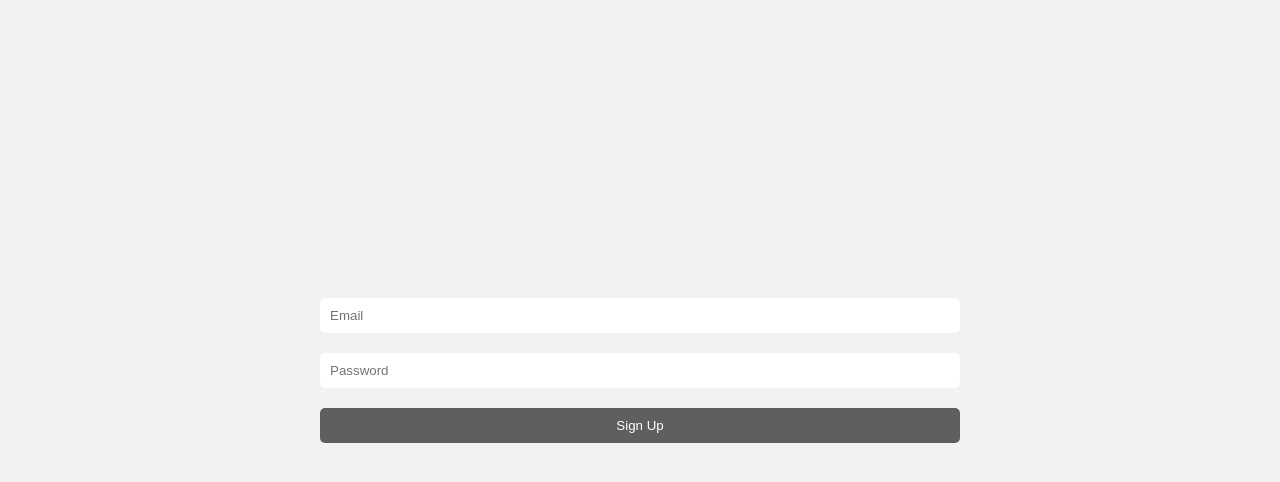
Repository: jegramin/node-auth-frontend
Page: /signup
The author's editor kept a copy of each file at every save. The page is drawn from the files as they stood at one save, then again after the next save.
The browser window is 1280 px wide. The pictures show the whole page.
The project was rebuilt for these pictures with package versions that can differ from the ones it lists, and the page was loaded fresh each time. Also part of the build but not shown: src/components/blog/blog.js, src/components/blog/Blogs.js, src/components/blog/blogDetail.js, src/components/blog/blogCreate.js, src/components/authentication/login.js.

Above is the page before, as saved 2020-11-11 14:08:03.

After the next save:
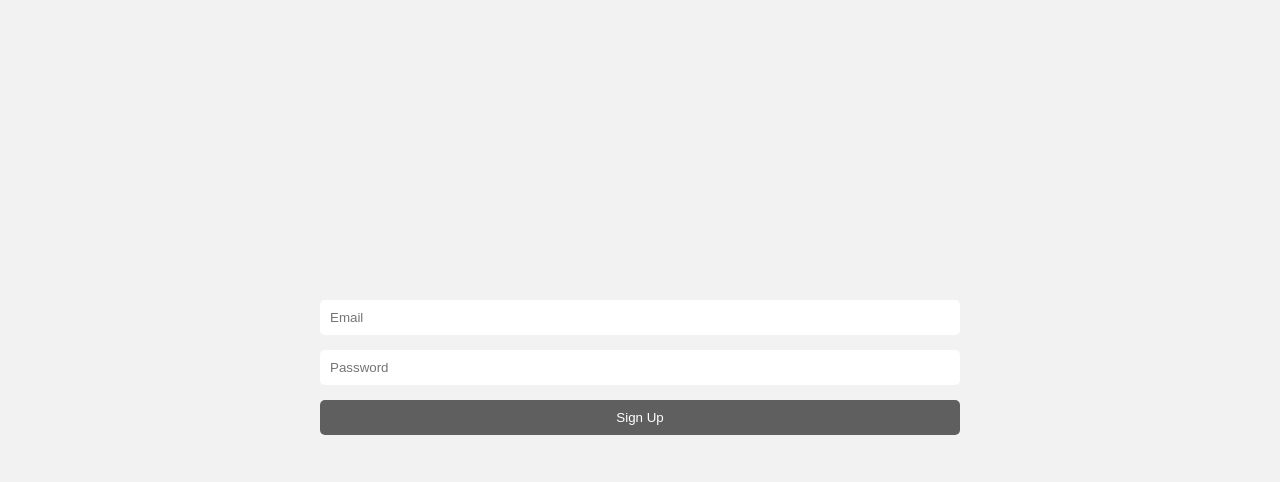
Saved 8 s later.
--- a/src/App.css
+++ b/src/App.css
@@ -102,7 +102,7 @@ h1 {
 }
 .form input, .form textarea {
   padding: 10px;
-  margin: 20px 0px 0px 0px;
+  margin: 15px 0px 0px 0px;
   border: none;
   border-radius: 5px;
 }
